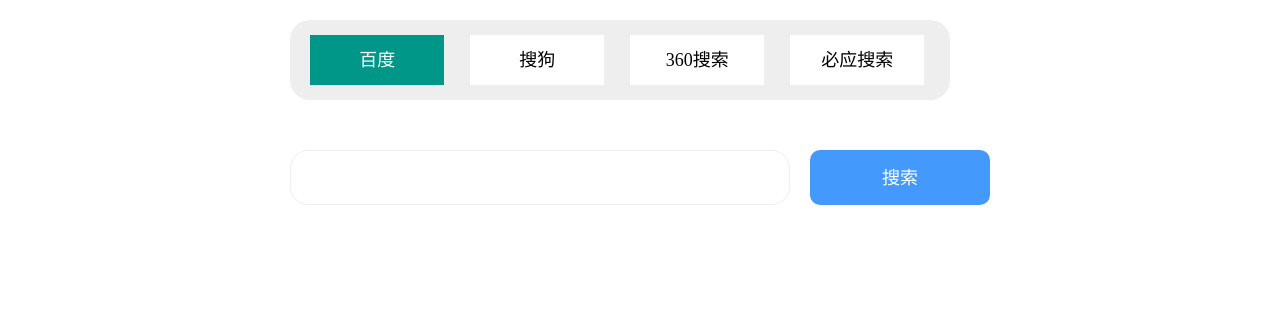
Repository: hellobz/duosousuoyinqing
Page: sousuo.html
An editor plug-in stored every save of this project. The page is shown before and after the next save, followed by the edit.
The browser window is 1280 px wide. The pictures show the whole page.
Some web libraries are served in a nearby version.

Above is the page before, as saved 2022-05-25 09:56:48.

After the next save:
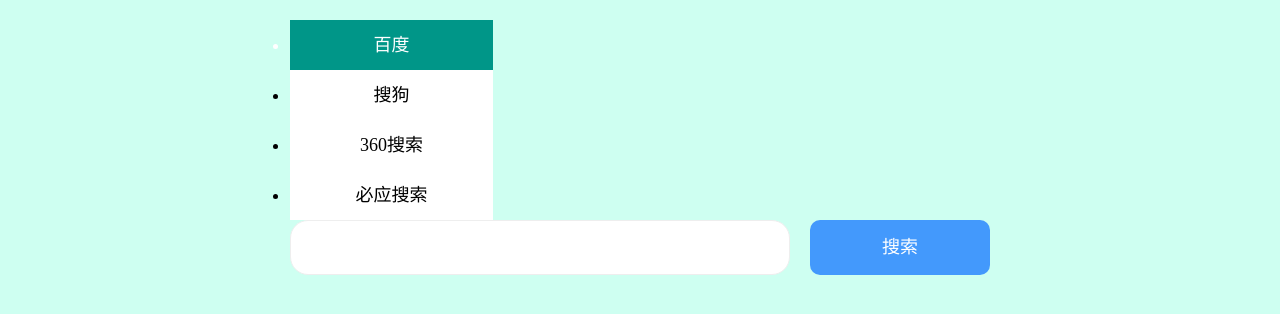
Saved 8 s later.
--- a/sousuo.html
+++ b/sousuo.html
@@ -7,23 +7,19 @@
     <meta name="viewport" content="width=device-width, initial-scale=1.0">
     <title>小旋综合搜素引擎</title>
     <link rel="shortcut icon" href="./images/favicon.ico" type="image/x-icon">
+    <link rel="stylesheet" href="./css/index.css">
 </head>
 
 <body>
-    <div id="wrap" style="width: 700px;margin: 20px auto;">
-        <ul
-            style="list-style-type: none;display: flex;padding-left: 20px;box-sizing: border-box;width:660px;height: 80px;align-items: center;background-color: #eee;color: #333;font-size: 16px;border-radius: 20px;margin-bottom: 50px;">
-            <li @click="handleChangeList(item.id)" v-for="item in search" :key="item.id"
-                style="cursor: pointer;width:29%;height: 50px;text-align: center;line-height: 50px;font-size: 18px;margin-right: 4%;"
+    <div id="wrap">
+        <ul>
+            <li @click="handleChangeList(item.id)" v-for="item in search" :key="item.id" class="list_item"
                 :style="{'backgroundColor': (currentTab == item.id ? '#009688': '#fff'),'color': (currentTab == item.id ? '#fff' : '#000')}"
                 v-cloak>{{item.name}}</li>
         </ul>
-        <div style="display: flex;width: 700px;align-items: center;">
-            <input v-model="iptvalue"
-                style="font-size: 24px;margin-right: 20px; width: 500px;height:55px;border-radius: 18px;border: 1px solid #eee;padding-left: 20px;box-sizing: border-box;outline: none;"
-                type="text" id="ipt">
-            <button @click="handleClick"
-                style="width:180px;height: 55px;line-height: 55px;text-align:center;color: #fff;background-color: #4399FC;border-radius: 10px;font-size: 18px;outline: none;border: none;">搜索</button>
+        <div class="wrap_content">
+            <input v-model="iptvalue" class="ipt" type="text" id="ipt">
+            <button @click="handleClick" class="btn">搜索</button>
         </div>
     </div>
     <script src="https://unpkg.com/vue@2.6.14/dist/vue.js"></script>
